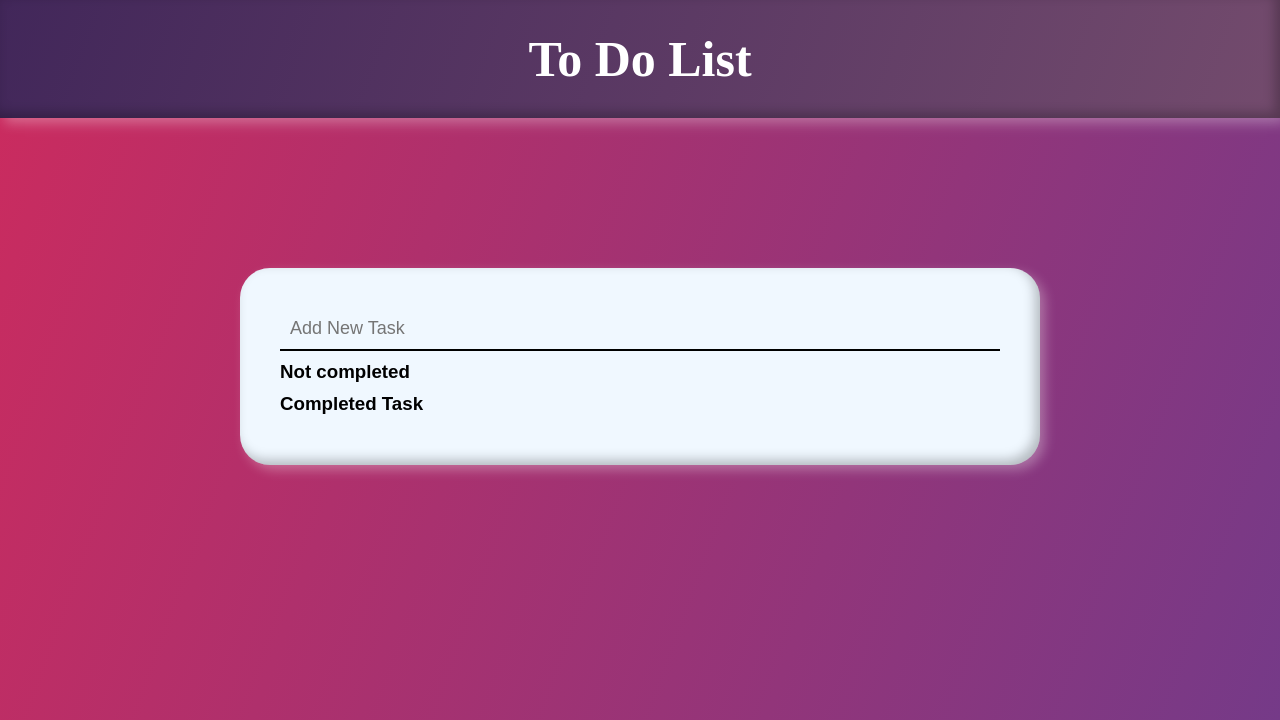
Repository: Mayur2905/OIBSIP
Page: Task-6/index.html
The author's editor kept a copy of each file at every save. The page is drawn from the files as they stood at one save, then again after the next save.
The browser window is 1280 px wide. The pictures show the whole page.

Above is the page before, as saved 2022-02-05 22:09:09.

### Task-6/index.html
<!DOCTYPE html>
<html lang="en">
<head>
    <meta charset="UTF-8">
    <meta http-equiv="X-UA-Compatible" content="IE=edge">
    <meta name="viewport" content="width=device-width, initial-scale=1.0">
    <link rel="stylesheet" href="style.css">
    <link rel="stylesheet" href="https://cdnjs.cloudflare.com/ajax/libs/font-awesome/5.15.1/css/all.css">
    <script src="https://ajax.googleapis.com/ajax/libs/jquery/3.5.1/jquery.min.js"></script>
    <title>To Do List</title>
</head>
<body>
    <h1>To Do List</h1>
    <div class="container">
        <div class="todo">
            <input type="text" class="textb" placeholder="Add New Task">
            <div class="notdone">
                <h3>Not completed</h3>

            </div>
            <div class="complete">
                <h3>Completed Task</h3>

            </div>
        </div>
    </div>
    <script rel="text.javascript" src="script.js"></script>
</body>
</html>

### Task-6/style.css
* {
  margin: 0;
  padding: 0;
  font-family: "montserrat", Arial, Helvetica, sans-serif;
  box-sizing: border-box;
}
body {
  background-image: linear-gradient(110deg, #cc2b5e, #753a88);
  min-height: 100vh;
}

h1 {
  background-image: linear-gradient(110deg, #42275a, #734b6d);
  padding: 30px;
  font-size: 50px;
  font-weight: 300px;
  text-align: center;
  font-family: "Times New Roman", Times, serif;
  color: white;
  box-shadow: inset -5px -5px 12px rgba(0, 0, 0, 0.25),
    5px 5px 12px rgba(255, 255, 255, 0.3);
}

.todo {
  padding: 30px;
}

.container {
  max-width: 800px;
  margin: auto;
  padding: 10px;
  margin-top: 150px;
  background-color: aliceblue;
  border-radius: 30px;
  box-shadow: inset -5px -5px 12px rgba(0, 0, 0, 0.25),
    5px 5px 12px rgba(255, 255, 255, 0.3);
}
.textb {
  width: 100%;
  border: none;
  border-bottom: 2px solid #000;
  background: none;
  padding: 10px;
  outline: none;
  font-size: 18px;
}
.textb1 {
  width: 100%;
  border: none;
  border-bottom: 2px solid #000;
  background: none;
  padding: 10px;
  outline: none;
  font-size: 18px;
}

h3 {
  margin: 10px 0;
}
.task {
  width: 100%;
  background: rgba(255, 255, 255, 0.5);
  padding: 8px;
  margin: 8px 0;
  overflow: hidden;
}
.task i {
  float: right;
  margin-left: 20px;
  cursor: pointer;
  padding-left: 10px;
}
.complete .task {
  background: rgba(0, 0, 0, 0.5);
  color: #ffff;
}

.fa-trash-alt {
  color: red;
}
.fa-check {
  color: green;
}

### Task-6/script.js
$(".textb").on("keyup",function(e){
    if(e.keyCode == 13 && $(".textb").val() != "")
    {
        var task =$("<div class='task'></div>").text($(".textb").val());
        var del =$("<i class='fas fa-trash-alt'></i>").click(function(){
            var p = $(this).parent();
            p.fadeOut(function(){
                p.remove();
            });
        });
        var tick =$("<i class='fas fa-check'></i>").click(function(){
            var p =$(this).parent();
            p.fadeOut(function(){
                $(".complete").append(p);
                p.fadeIn();
            });
            $(this).remove();
        });
        task.append(del,tick);
        $(".notdone").append(task);
        $(".texttb").val("");
    }
});

After the next save:
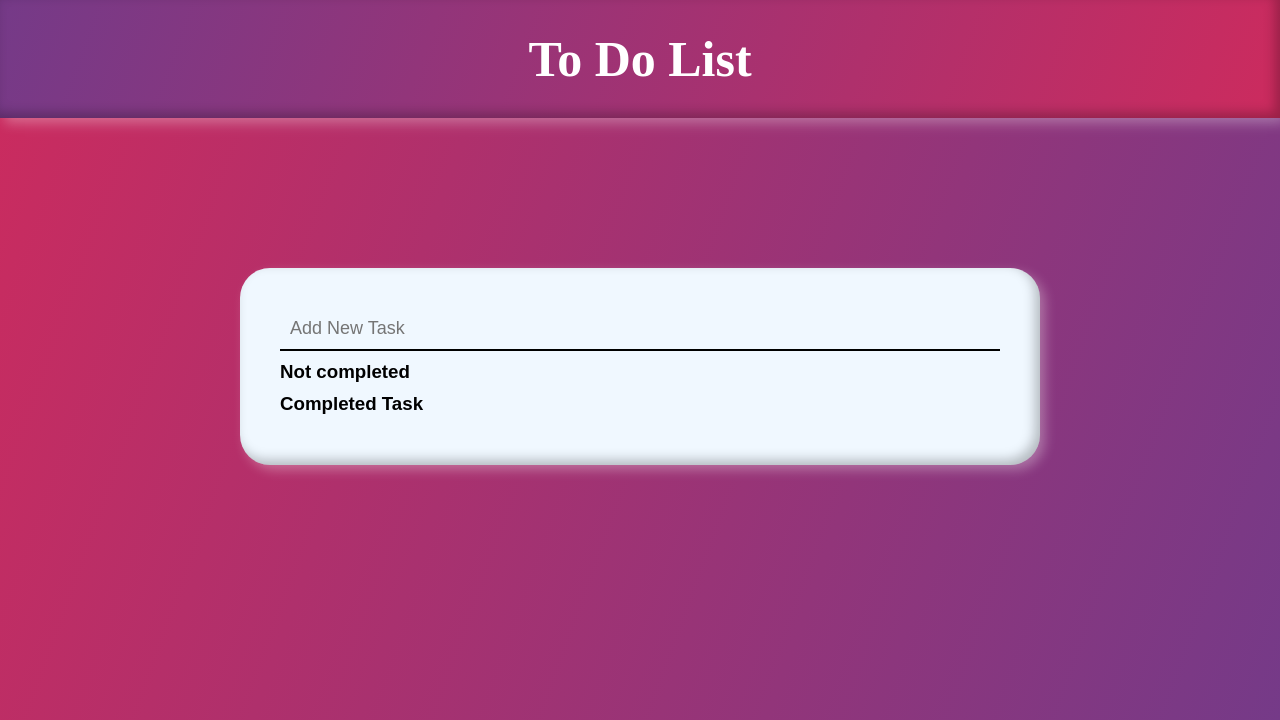
Saved 118 s later.
--- a/Task-6/style.css
+++ b/Task-6/style.css
@@ -10,7 +10,7 @@ body {
 }
 
 h1 {
-  background-image: linear-gradient(110deg, #42275a, #734b6d);
+  background-image: linear-gradient(110deg, #753a88, #cc2b5e);
   padding: 30px;
   font-size: 50px;
   font-weight: 300px;
